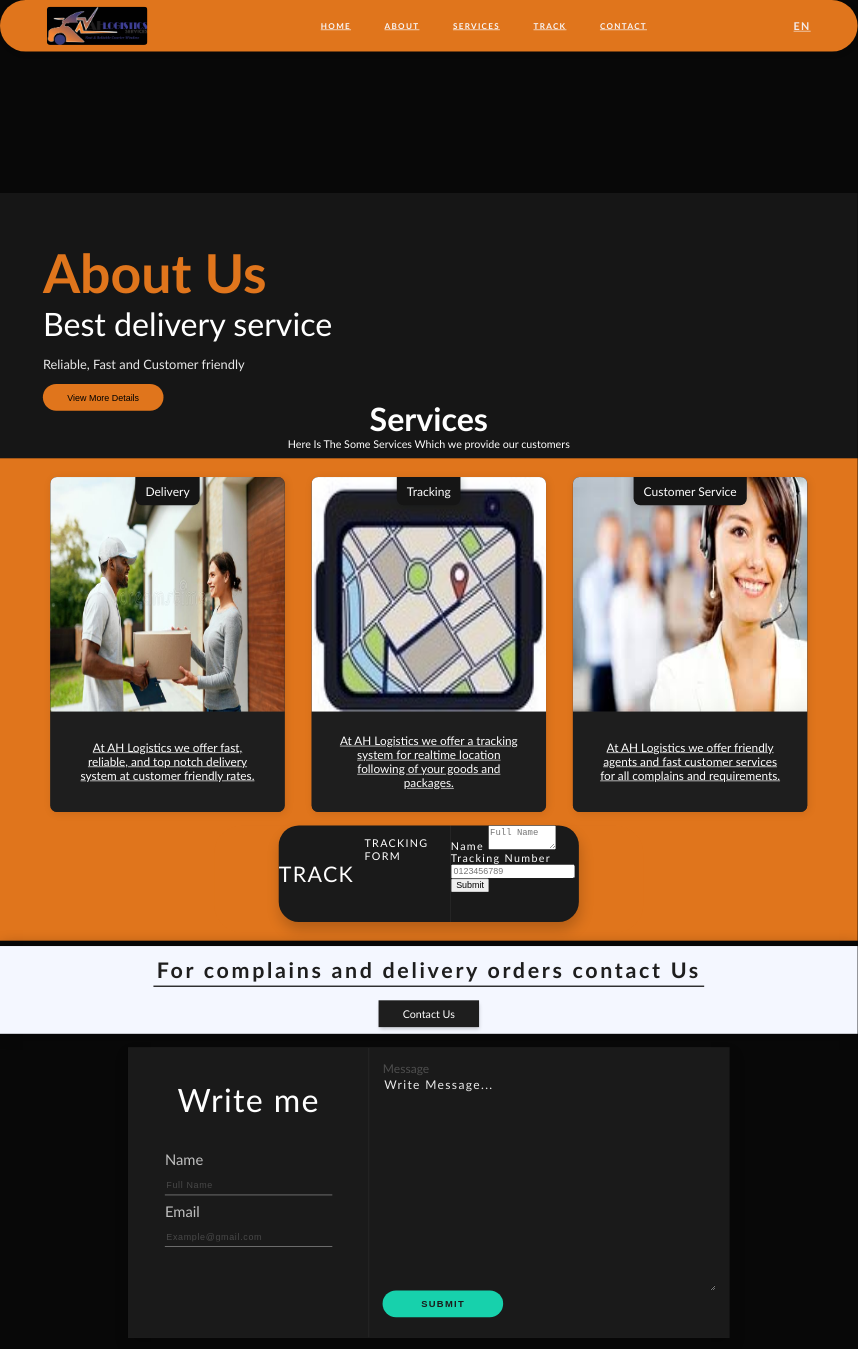
Repository: TheSecretlifeOfX/Ah-Logistics
Page: index.html
An editor plug-in stored every save of this project. The page is shown before and after the next save, followed by the edit.
The browser window is 1280 px wide. The pictures show the whole page, at 67% of full size.

Above is the page before, as saved 2022-03-02 15:41:16.

### index.html
<html>
<head>
<meta charset="utf-8">
<meta http-equiv="X-UA-Compatible" content="IE-edge">
<meta name="viewport" content="width=device-width, intial-scale=1.0">
<title>Logistics Website</title>
<link rel="stylesheet" href="./css/home.css">
</head>
<body>
<section id="main">
	<nav>
	<a href="#" class="logo"><img src="images/logo.jpg"></a>
	<div class="toggle"></div>
	<ul class="menu">
	<li class="active"><a href="#main" >Home</a></li>
	<li><a href="#about">About</a></li>
	<li><a href="#services">Services</a></li>
	<li><a href="#Tracking-Form">Track</a></li>
    <li><a href="#contact-form">Contact</a></li>
	</ul>
	<a href="#" class="lang">En</a>
	</nav>
    </section>
</div>
<section id="about">
	<div class="about-text">
	<h1>About Us</h1>
	<h2>Best delivery service</h2>
	<p>Reliable, Fast and Customer friendly</p>
	<button>View More Details</button>
	</div>
</section>
<section id="services">
<div class="s-heading">
<h1>Services</h1>
<p>Here Is The Some Services Which we provide our customers</p>
</div>
<div class="b-container">
<div class="s-box">
<div class="s-b-img">
    <div class="s-type">Delivery</div>
    <img src="images/delivery.jpg">
</div>
<div class="s-b-text">
<a href="#">At AH Logistics we offer fast, reliable, and top notch delivery system at customer friendly rates.</a>
</div>
</div>
<div class="s-box">
<div class="s-b-img">
    <div class="s-type">Tracking</div>
    <img src="images/track.jpg">
</div>
<div class="s-b-text">
<a href="#">At AH Logistics we offer a tracking system for realtime location following of your goods and packages.</a>
</div>
</div>
<div class="s-box">
<div class="s-b-img">
    <div class="s-type">Customer Service</div>
    <img src="images/customer.jpg">
</div>
<div class="s-b-text">
<a href="#">At AH Logistics we offer friendly agents and fast customer services for all complains and requirements.</a>
</div>
</div>
</div>
</div>
<section id=Tracking-Form>
<form>
<div class="track-center">
	<h1 class="T-Heading">Track</h1></div>
<div class="Track-left">
<p class=T-2-Body>Tracking Form</p></div>
<div class="Track-right">
	<div class="C-Name">
	<font >Name</font>
	<textarea name="message" rows="2" cols="10" placeholder="Full Name"></textarea>
	<div class="f-Num">
		<font >Tracking Number</font>
		<input type="Number" placeholder="0123456789"/>
	<button>Submit</button>
	</div>
</section>
</form>
<section id="contact-btn">
	<h1 class="c-b-heading">For complains and delivery orders contact Us</h1>
		<button >Contact Us</button>
	</section>
<!--contact-form------------------->
<section id="contact-form">
<form>
<!--left--------------------------------------->
<div class="contact-left">
<h1 class="c-l-heading">Write me</h1>
<div class="f-name">
<font >Name</font>
<input type="text" placeholder="Full Name"/>
</div>
<div class="f-email">
<font >Email</font>
<input type="email" placeholder="Example@gmail.com"/>
</div>
</div>
<div class="contact-right">

<div class="message">
<font >Message</font>
<textarea name="message" rows="5" cols="20" placeholder="Write Message..."></textarea>
<button>Submit</button>
</div>
</form>
</section>
</section>
</body>
</html>

### css/home.css
body{
	margin:0px;
	padding:0px;
	background-color: #080808;
	background-size: 100%;
	min-height: 100vh;
	}
	#main{
		width:100%;
		height: 40vh;
		}
		nav{
			display:flex;
			justify-content: space-between;
			align-items: center;
			text-transform: uppercase;
			font-weight: 600;
			letter-spacing: 2px;
			font-family: calibri;
			top: 0;
			left: 10px;
			width:100%;
			box-sizing: border-box;
			padding: 5px 70px;
			background-color:#e0751c;
			box-shadow:2px 2px 12px rgba(0,0,0,0.05);
			z-index: 1;
			border-radius: 50px;
			}
			.menu{
			display: flex;

			}
			.menu li a{
			padding: 10px 25px;
			color:#f8f8fa;
			font-size: 12px;
			display:inline-block;
			}
			li{display:inline-block}
			.lang{
			color:#f3ecec;
			}
			.logo > img {
				width: 100%;
				height: 100%;
				max-width: 150px;
				display: flex;
				justify-content: center;
				align-items: center;
				text-align: center;
				margin-left: 0px;
				border-radius: 5px;
				 }
			.toggle{
			display: none;
			}
			.menu li a:hover{
			background-color:#292929;
			color:#FFF!important;
			font-weight: bold;
			transition: all ease 0.4s;
			}
			.lang:hover{
				background-color:#292929;
			color:#FFF!important;
			font-weight: bold;
			transition: all ease 0.4s;
			}
			#about{
				width:100%;
				height: 55vh;
				background-color:#161616;
				box-sizing: border-box;
				display: flex;
				align-items: center;
				justify-content: space-between;
				padding: 0px 5% 0px 5%;
			}
			.about-text{
				font-family: calibri;
				width: 50%;
			}
			.about-text h1{
				font-size: 5rem;
				color:#e0751c;
			}
			.about-text h2{
				font-size: 3rem;
				color:#FFFFFF;
				font-weight: 400;
			}
			.about-text h1,h2{
				margin: 0px;
				padding: 0px;
			}
			.about-text p{
				font-size: 1.2rem;
				color:rgba(255,255,255,0.90);

			}
			.about-text button{
				width: 180px;
				height: 40px;
				border-radius: 20px;
				border: none;
				outline: none;
				background-color:#e0751c;
			}
			.about-text button:hover{
				background-color: #FFFFFF;
				transition: all ease 0.3s;
			}
			#services{
				width:100%;
			height:100vh;
			box-sizing: border-box;
			font-family: calibri;
			display: flex;
			flex-direction: column;
			align-items: center;
			justify-content: center;
			padding-top: 500px ;
			background-color:#e0751c;
		}

		.s-heading h1{
			color:#FFFFFF;
			font-size: 3rem;
			margin: 0px;
			padding: 0px;

		}
		.s-heading p{
			color:rgb(255, 255, 255);
			font-size: 1rem;
			margin: 0px;
			padding: 0px;
		}
		.s-heading{
			text-align: center;
			margin: 20px 0px;
		}
		.s-box{
			background-color: #2B2B2B;
			width:350px;
			height: 500px;
			margin: 20px;
			border-radius: 10px;
			overflow: hidden;
			box-shadow: 2px 2px 12px rgba(0,0,0,0.1);
			position: relative;
		}
		.b-container{
			display: flex;
			justify-content: center;
			align-content: center;


		}
		.s-b-img{
			width: 100%;
			height: 70%;

		}
		.s-b-img img{
			width:100%;
			height: 100%;

		}
		.s-b-text{
			width: 100%;
			height: 30%;
			background-color:#1E1E1E;
			display:flex;
			justify-content: center;
			align-items: center;
			text-align: center;
		}
		.s-b-text a{
			margin: 0px;
			color:#FFFFFF;
			font-size: 1.1rem;
			font-family: calibri;
			display: block;
			display: -webkit-box;
			max-width: 80%;
			-webkit-line-clamp: 4;
			-webkit-box-orient: vertical;
			overflow: hidden;
			text-overflow: ellipsis;
		}
		.s-b-text a:hover{
			color:rgba(255,255,255,0.50)
		}
		.s-type{
			font-family: calibri;
			color:#FFFFFF;
			background-color: #151515;
			padding: 10px 15px;
			position: absolute;
			top: 0px;
			left: 50%;
			transform: translateX(-50%);
			font-size: 18px;
			border-radius: 0px 0px 10px 10px;
			box-shadow: 2px 2px 12px rgba(0,0,0,0.2);
		}
		.s-box:hover{
			transform:translateY(-10px);
			transition: all ease 0.3s;

		}
		#Tracking-Form{
			width: 50%;
			height: 100vh;
			display: flex;
			justify-content: center;
			align-items: center;
			background-color:#e0751c;
			border-radius: 40px;
		}
		#Tracking-Form form{
			display: flex;
			width: 70%;
			height: 20vh;
			background-color: #1A1A1A;
			box-shadow: 2px 12px 20px rgba(0,0,0,0.2);
			border-radius: 30px
		}
		.Track-Center{
			width: 40%;
			height: 100%;
			display: flex;
			flex-direction: row;
			align-items: center;
			text-transform: uppercase;
		}
		.Track-left{
			width: 40%;
			height: 100%;
			display: flex;
			flex-direction: column;
			align-items: center;
			text-transform: uppercase;
		}
		.Track-right{
			width: 60%;
			height: 100%;
			box-sizing: border-box;
			display: flex;
			flex-direction: column;
			justify-content: space-between;
			border-left: 1px solid rgba(255,255,255,0.08);
		}
		.contact-right button{
			width: 100%;
			height: 50px;
			background-color: #e0751c;
			font-weight: bold;
			outline: none;
			border: none;
			margin: 0px;
			color:#1B1B1B;
			font-size: 14px;
			text-transform: uppercase;
			letter-spacing: 2px;
		}
		.T-Heading{
			font-family: calibri;
			color:#fffefe;
			font-size: 2rem;
			letter-spacing: 2px;
			font-weight: 250;
			}
		.T-2-body{
			font-family: calibri;
			color:#FFFFFF;
			font-size: 1rem;
			letter-spacing: 2px;
			font-weight: 200;
		}
		.C-Name{
			font-family: calibri;
			color:#FFFFFF;
			font-size: 1rem;
			letter-spacing: 2px;
			font-weight: 200;
		}
		.F-Num{
			font-family: calibri;
			color:#FFFFFF;
			font-size: 1rem;
			letter-spacing: 2px;
			font-weight: 200;
		}
		#contact-btn{
			width: 100%;
			display: flex;
			flex-direction: column;
			justify-content:center;
			align-items: center;
			height: 200px;
			background-color: #F4F7FF;
			margin: 20px 0px;
			box-sizing: border-box;
			box-shadow:2px 0px 20px rgba(0,0,0,0.4);
		}
		.c-b-heading{
			font-size: 2rem;
			color:#1E1E1E;
			font-family: calibri;
			margin: 10px;
			padding: 5px;
			letter-spacing: 4px;
			border-bottom: 2px solid #1E1E1E;

		}
		#contact-btn button{
			color:#FFFFFF;
			font-size: 1rem;
			font-family: calibri;
			width:150px;
			height: 40px;
			margin: 10px;
			background-color: #1E1E1E;
			border: none;
			outline: none;
			box-shadow: 2px 5px 6px rgba(0,0,0,0.2);
		}
		#contact-btn button:hover{
			background-color: #17d1ac;
			color:#000000;
			transition: all ease 0.5s;
			font-weight: bold;
		}
		#contact-form{
			width: 100%;
			height: 90vh;
			display: flex;
			justify-content: center;
			align-items: center;

		}
		#contact-form form{
			display: flex;
			width: 70%;
			height: 60vh;
			background-color: #1A1A1A;
			box-shadow: 2px 12px 20px rgba(0,0,0,0.2);
			border: 1px solid rgba(255,255,255,0.01)
		}

		.contact-left{
			width: 40%;
			height: 100%;
			display: flex;
			flex-direction: column;
			align-items: center;
		}
		.contact-right{
			width: 60%;
			height: 100%;
			box-sizing: border-box;
			display: flex;
			flex-direction: column;
			justify-content: space-between;
			border-left: 1px solid rgba(255,255,255,0.08);
		}
		.contact-right button{
			width: 100%;
			height: 50px;
			background-color: #e0751c;
			font-weight: bold;
			outline: none;
			border: none;
			margin: 0px;
			color:#1B1B1B;
			font-size: 14px;
			text-transform: uppercase;
			letter-spacing: 2px;

		}
		.c-l-heading{
			font-family: calibri;
			color:#FFFFFF;
			font-size: 3rem;
			letter-spacing: 2px;
			font-weight: 400;

		}
		.f-name,.f-email{
			display: flex;
			flex-direction: column;
			font-family: calibri;

		}
		.f-name font,.f-email font{
			color:#BFBFBF;
			font-size: 22px;
		}
		.f-name input,.f-email input{
			height: 30px;
			width:250px;
			border: none;
			outline: none;
			background-color:transparent;
			border-bottom: 1px solid #929292;
			color:#FFFFFF;
			margin: 10px 0px;
		}
		.f-email input::placeholder,
		.f-name input::placeholder{
			opacity: 0.5;
			letter-spacing: 1px;
		}
		.f-email input:focus,
		.f-name input:focus{
			border-bottom: 1px solid #0d0e0d;
			transition: all ease 0.5s;
		}.message font{
			font-size: 18px;
			color:#4E4E4E;
			font-family: calibri;

		}
		.message{
			margin: 20px;
		}
		.contact-right textarea{
			width: 100% !important;
			height: 320px !important;
			border: none;
			outline: none;
			background-color:transparent;
			box-sizing: border-box;
			color:#EBEBEB;
			font-size: 16px;
		}
		.contact-right textarea::placeholder{
			color:#EBEBEB;
			font-size: 18px;
			letter-spacing: 2px;
			font-family: calibri;
		}
		.contact-right button:active{
			transform: scale(1.04);
			transition: all ease 0.1s;
		}
		.message button{
			width: 180px;
			height: 40px;
			border-radius: 20px;
			border: none;
			outline: none;
			background-color:#17d1ac;
		}
		  .message button:hover{
			background-color: #d8d8e4;
			transition: all ease 0.3s;
		  }

After the next save:
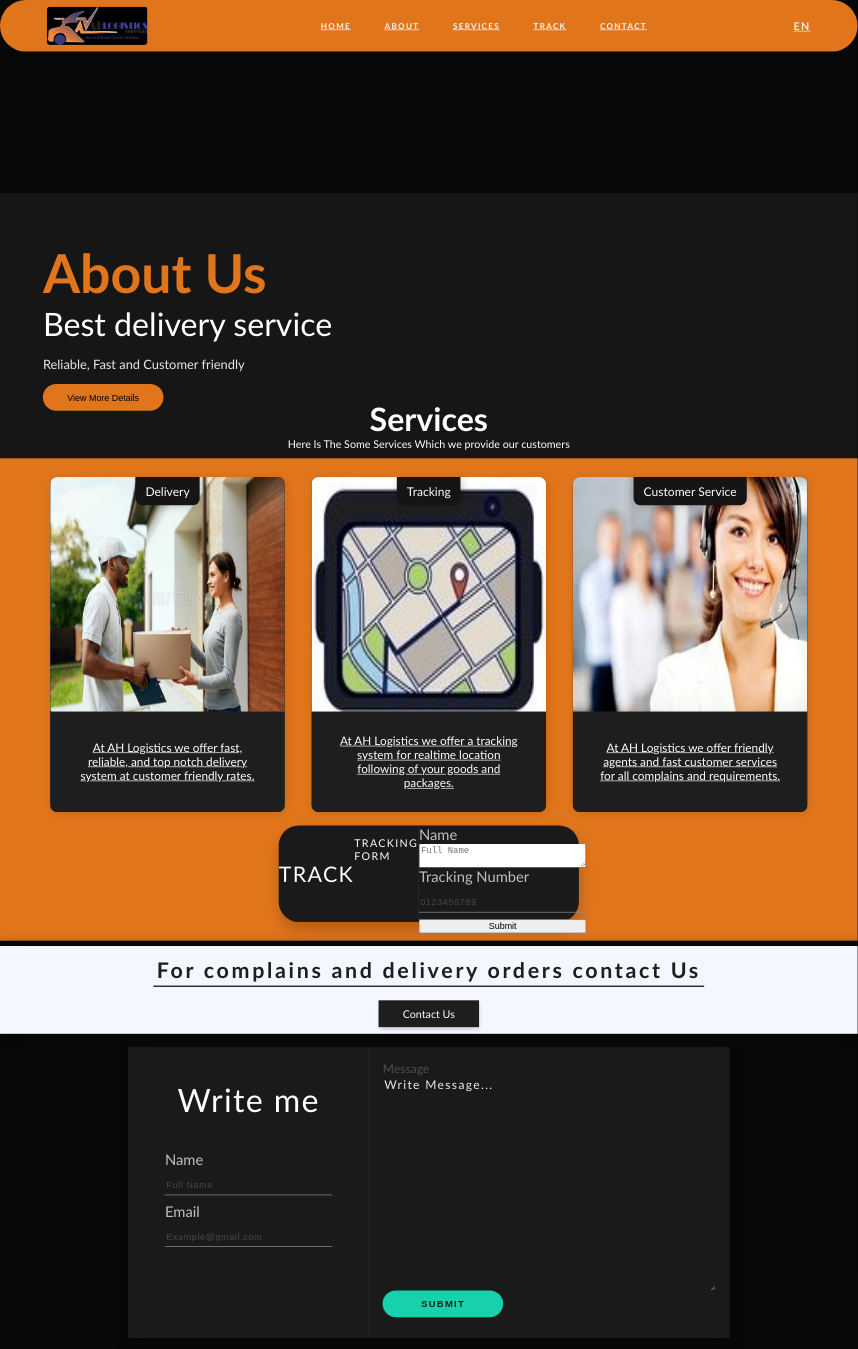
Saved 7 min 3 s later.
--- a/css/home.css
+++ b/css/home.css
@@ -280,19 +280,42 @@ body{
 			letter-spacing: 2px;
 			font-weight: 200;
 		}
-		.C-Name{
-			font-family: calibri;
-			color:#FFFFFF;
-			font-size: 1rem;
-			letter-spacing: 2px;
-			font-weight: 200;
-		}
-		.F-Num{
-			font-family: calibri;
-			color:#FFFFFF;
-			font-size: 1rem;
-			letter-spacing: 2px;
-			font-weight: 200;
+		.C-Name,.F-Num{
+			display: flex;
+			flex-direction: column;
+			font-family: calibri;
+		}
+		.C-Name font,.F-Num font{
+			color:#BFBFBF;
+			font-size: 22px;
+		}
+		.C-Name input,.F-Num input{
+			height: 30px;
+			width:250px;
+			border: none;
+			outline: none;
+			background-color:transparent;
+			border-bottom: 1px solid #929292;
+			color:#FFFFFF;
+			margin: 10px 0px;
+		}
+		.F-Num input::placeholder,
+		.C-Name input::placeholder{
+			opacity: 0.5;
+			letter-spacing: 1px;
+		}
+		.F-Num input:focus,
+		.F-Num input:focus{
+			border-bottom: 1px solid #0d0e0d;
+			transition: all ease 0.5s;
+		}.message font{
+			font-size: 18px;
+			color:#4E4E4E;
+			font-family: calibri;
+
+		}
+		.message{
+			margin: 20px;
 		}
 		#contact-btn{
 			width: 100%;
